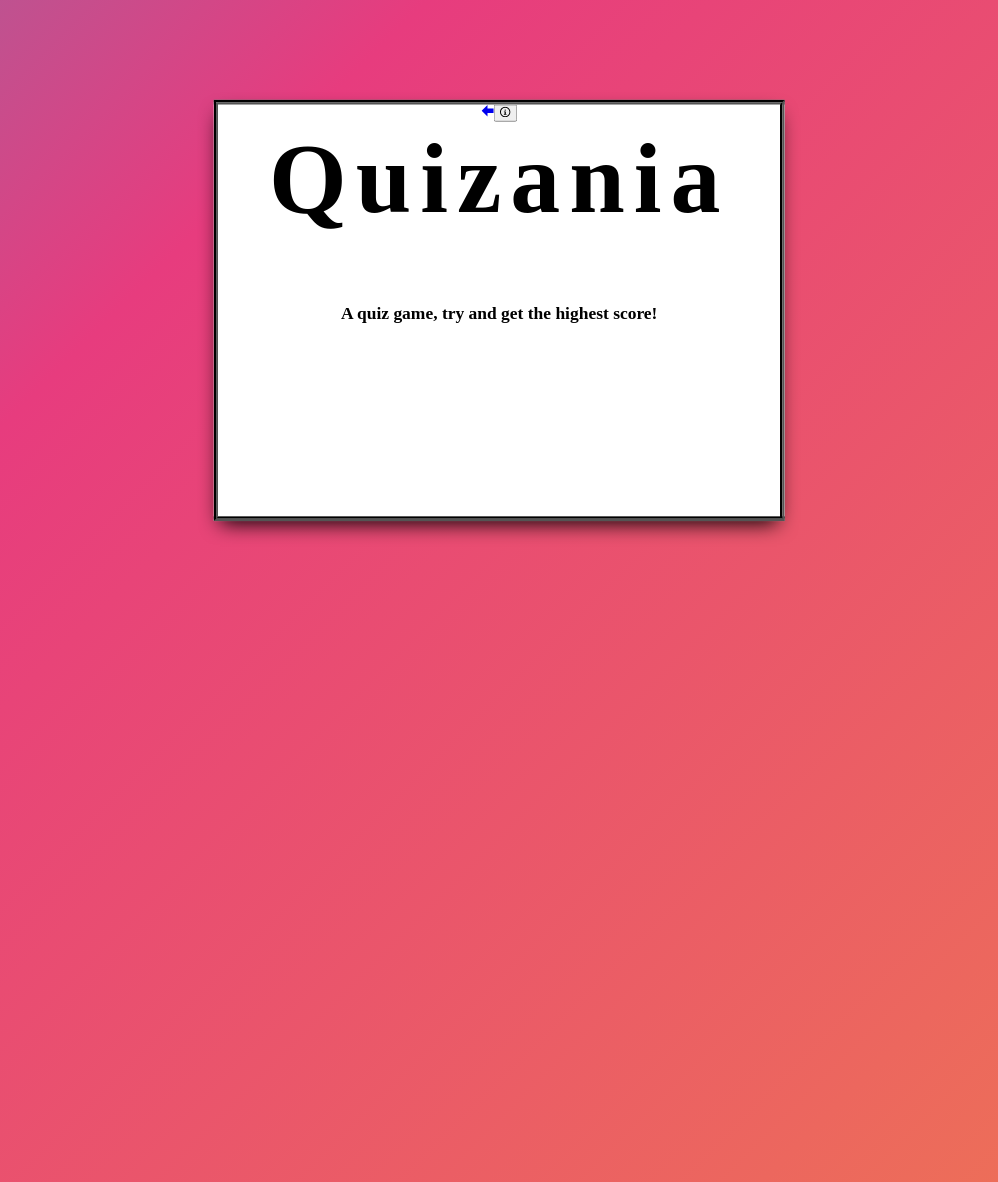
Repository: PatrickTheCodeGuy/QuizApp
Page: /newGame (app in quizapp/)
The author's editor kept a copy of each file at every save. The page is drawn from the files as they stood at one save, then again after the next save.
The browser window is 1280 px wide. The pictures show the whole page, at 78% of full size.
The project was rebuilt for these pictures with package versions that can differ from the ones it lists, and the page was loaded fresh each time. A package was used in the major version that the imports need, not the one package.json lists. Also part of the build but not shown: quizapp/src/App.css, quizapp/src/components/Leaderboard/Leaderboard.css, quizapp/src/components/Leaderboard/Leaderboard.js, quizapp/src/components/StartMenu/StartMenu.js, quizapp/src/App.js.

Above is the page before, as saved 2021-07-08 18:56:22.

After the next save:
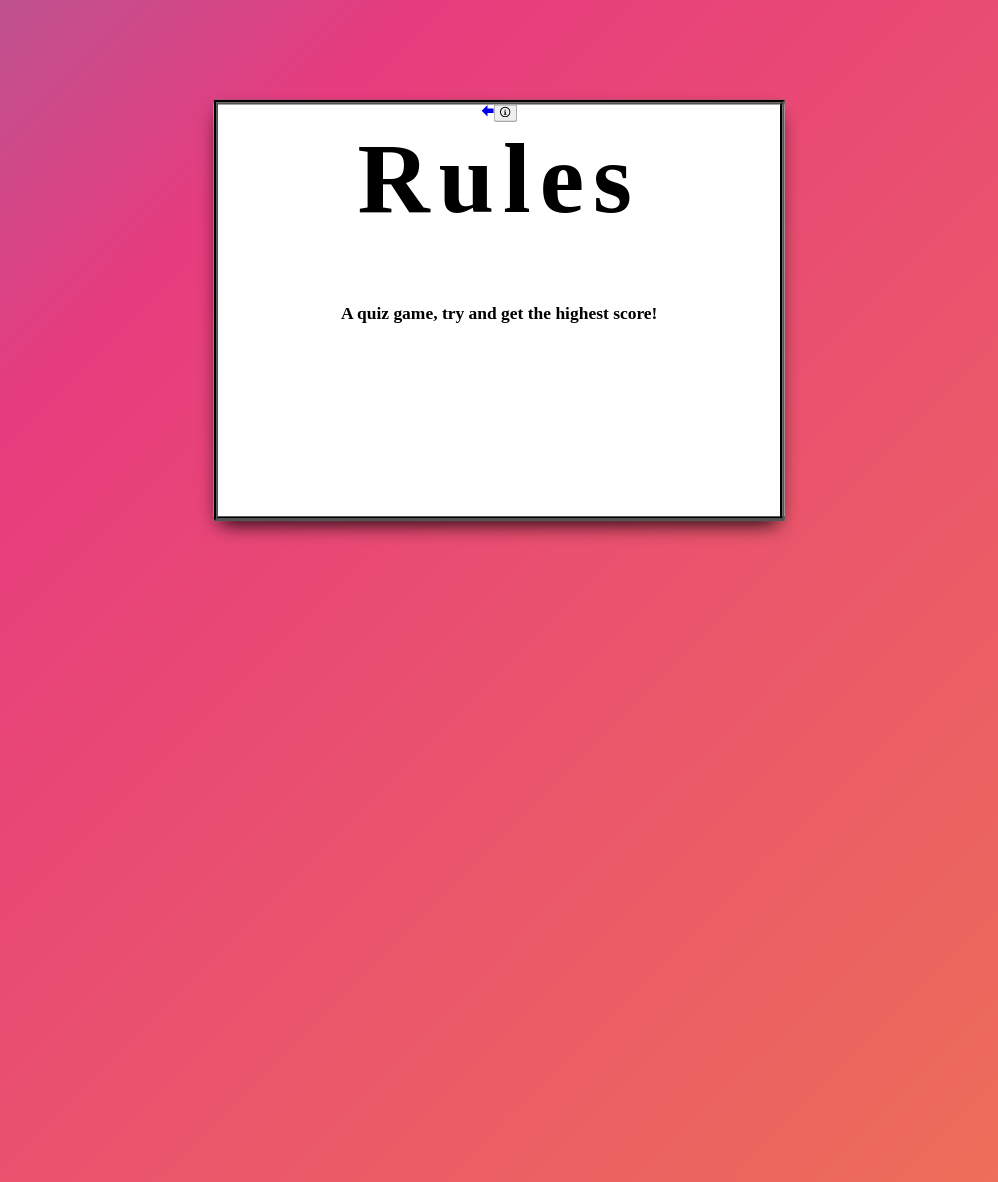
Saved 11 s later.
--- a/quizapp/src/components/GameInfo/GameInfo.js
+++ b/quizapp/src/components/GameInfo/GameInfo.js
@@ -27,7 +27,7 @@ function GameInfo() {
 																</Modal>
             </div>
             <div className="gameInfo-body">
-																<h1 className="menu-text">Quizania</h1>
+																<h1 className="menu-text">Rules</h1>
                 <p className="regular-text">A quiz game, try and get the highest score!</p>
             </div>
 
